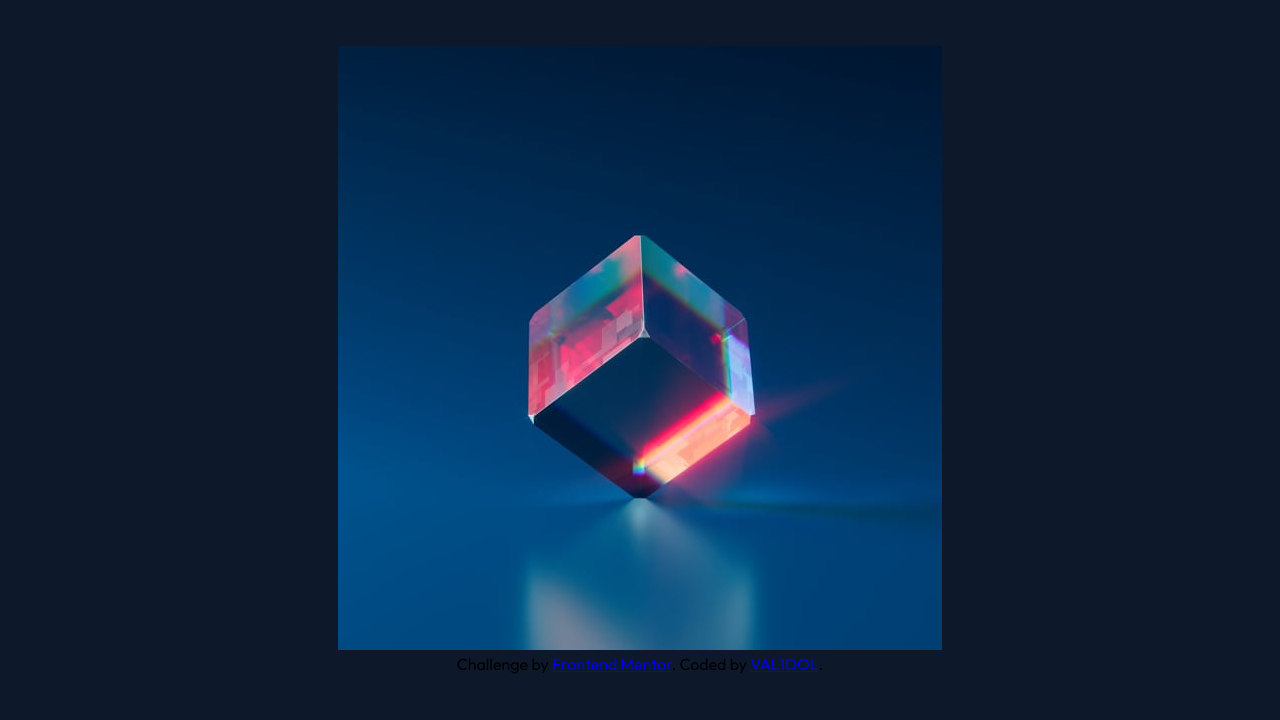
Repository: VAL1DOL-web/fm-NFT-preview-card-component
Page: index.html
These files come from the project's save history. The page is drawn as it stood at one moment and after the next save; the edit follows.
The browser window is 1280 px wide. The pictures show the whole page.

Above is the page before, as saved 2024-01-07 15:25:13.

### index.html
<!DOCTYPE html>
<html lang="en">
<head>
  <meta charset="UTF-8">
  <meta name="viewport" content="width=device-width, initial-scale=1.0"> <!-- displays site properly based on user's device -->

  <link rel="icon" type="image/png" sizes="32x32" href="./images/favicon-32x32.png">
  <link rel="stylesheet" href="style.css">

  <title>NFT preview card component</title>

</head>
<body>
  <div class="card">
    <div class="image">
      <img src="images/image-equilibrium.jpg" alt="ETH">
    </div>
  </div>
  <div class="attribution">
    Challenge by <a href="https://www.frontendmentor.io?ref=challenge" target="_blank">Frontend Mentor</a>.
    Coded by <a href="https://github.com/VAL1DOL-web">VAL1DOL</a>.
  </div>
</body>
</html>

### style.css
@import url('https://fonts.googleapis.com/css2?family=Outfit:wght@300;400;600&display=swap');

* {
    font-family: 'Outfit', sans-serif;
    margin: 0;
    padding: 0;
    box-sizing: border-box;
  }

body {
    width: 100%;
    min-height: 100vh;
    display: flex;
    flex-direction: column;
    justify-content: center;
    align-items: center;
    background: hsl(217, 54%, 11%);
  }

After the next save:
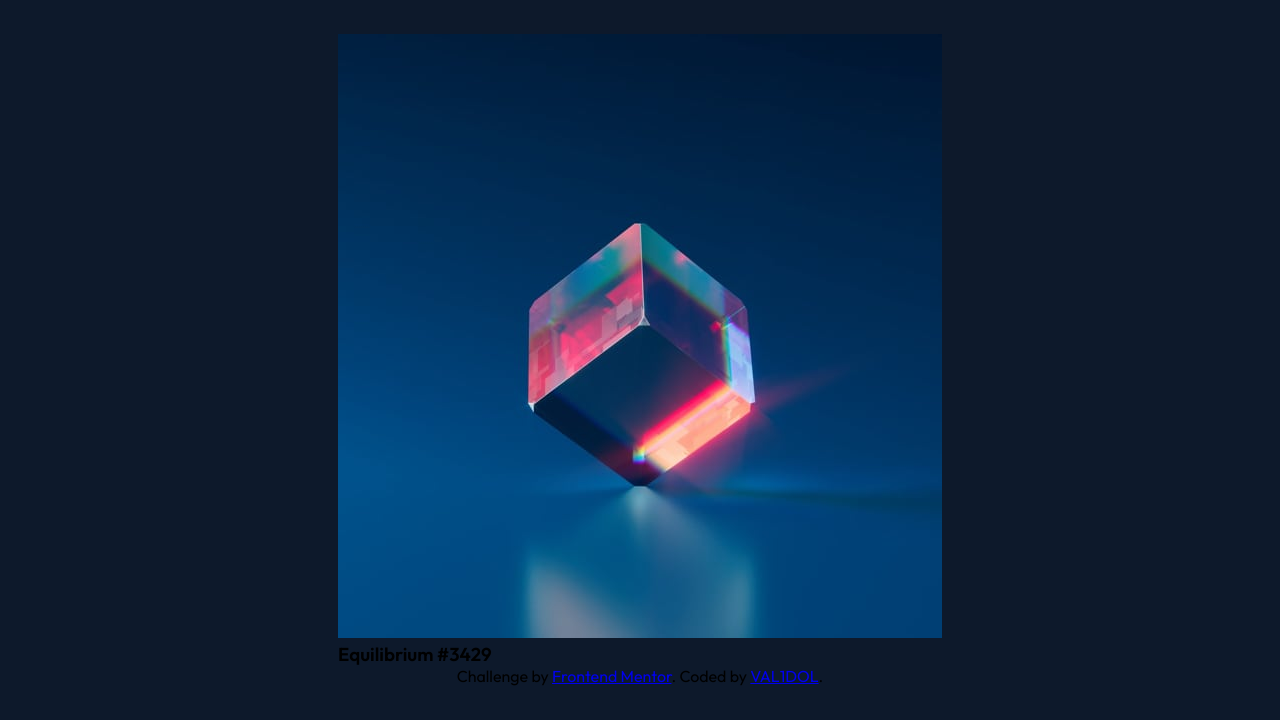
Saved 67 s later.
--- a/index.html
+++ b/index.html
@@ -15,6 +15,7 @@
     <div class="image">
       <img src="images/image-equilibrium.jpg" alt="ETH">
     </div>
+    <h3>Equilibrium #3429</h3>
   </div>
   <div class="attribution">
     Challenge by <a href="https://www.frontendmentor.io?ref=challenge" target="_blank">Frontend Mentor</a>.
